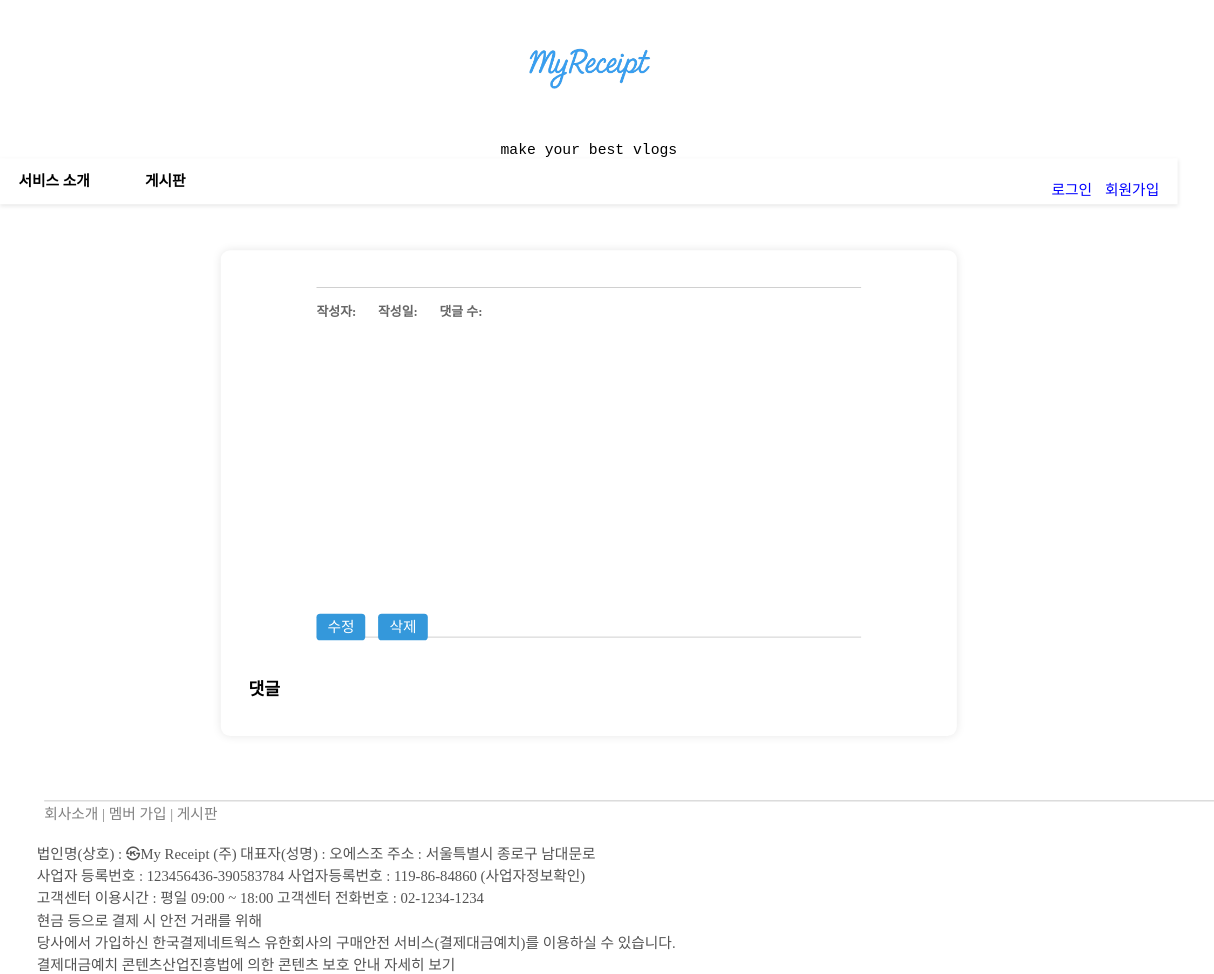
Repository: shong69/mini-project
Page: http://localhost/myReceipt2/WEB-INF/views/boardDetail.jsp
The author's editor kept a copy of each file at every save. The page is drawn from the files as they stood at one save, then again after the next save.
The browser window is 1280 px wide. The page is 1320 px wide, so the pictures cover 1320 px, including what lies to the right of the window. The pictures show the whole page, at 92% of full size.
Some web fonts or font styles are not loaded; a fallback is used. The page is served by Tomcat 10. Nobody is signed in. The template is opened directly, without the code that normally fills it, so the values that code supplies are empty.

Above is the page before, as saved 2025-05-06 18:14:15.

After the next save:
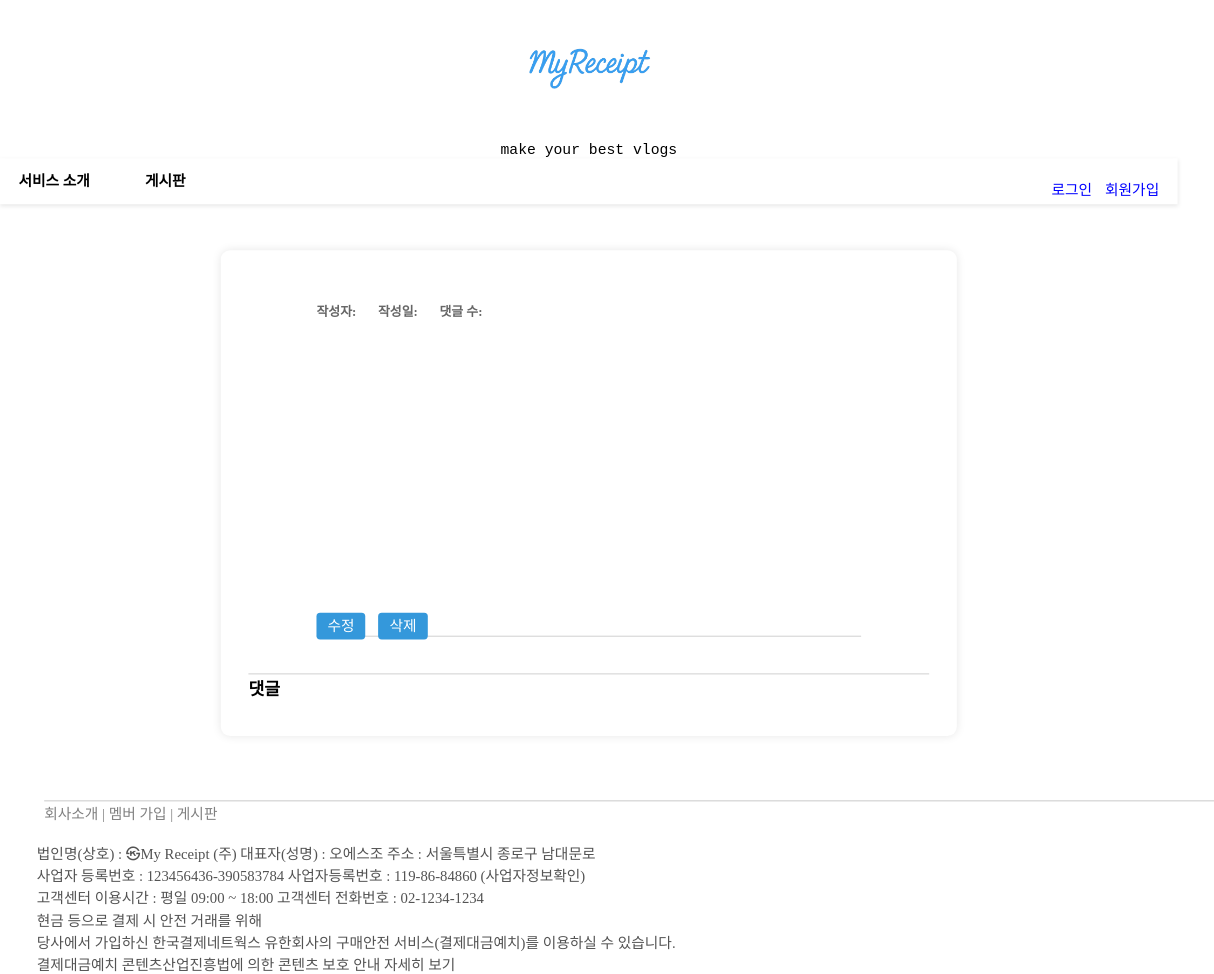
Saved 37 s later.
--- a/jspProject/myReceipt2/src/main/webapp/WEB-INF/views/boardDetail.jsp
+++ b/jspProject/myReceipt2/src/main/webapp/WEB-INF/views/boardDetail.jsp
@@ -26,7 +26,6 @@
 .post-detail h2 {
     font-size: 28px;
     margin-bottom: 15px;
-    border-bottom: 1px solid #ccc;
     padding-bottom: 10px;
 }
 
@@ -57,6 +56,7 @@ h3{
 .comments-section {
     margin-top: 40px;
     width:100%;
+    border-top: 1px solid #ccc;
 }
 
 .comment {
